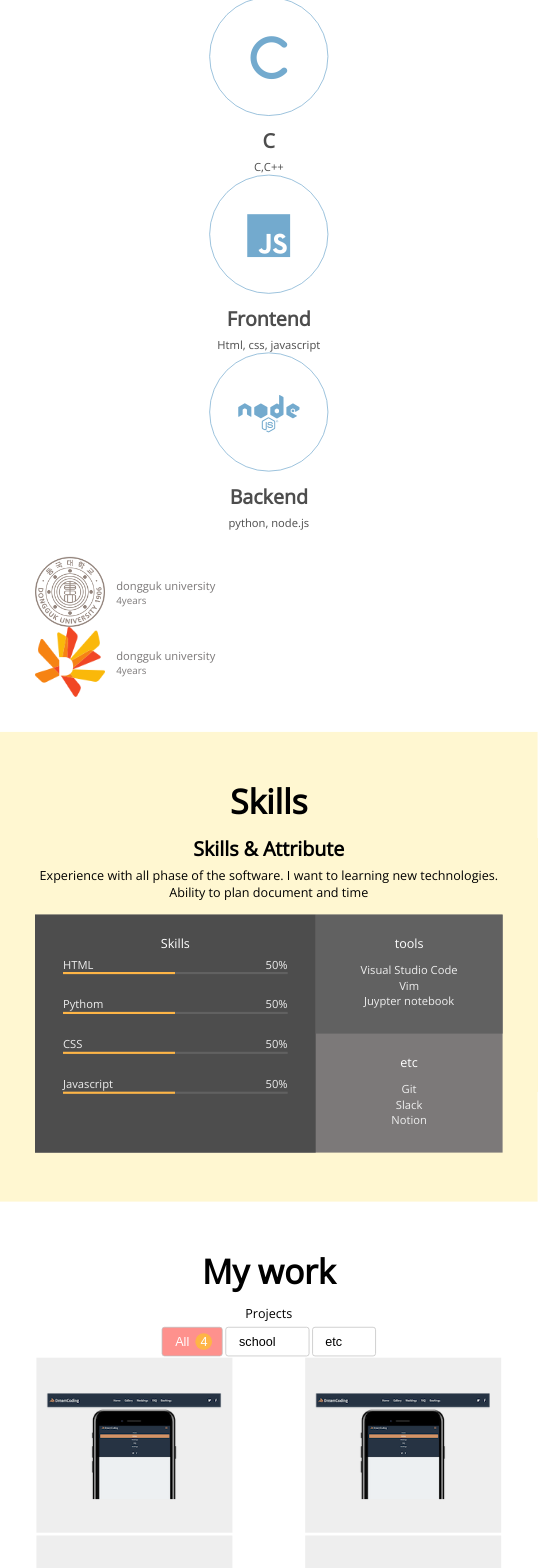
Repository: DongjaJ/portfolio
Page: index.html
These files come from the project's save history. The page is drawn as it stood at one moment and after the next save; the edit follows.
The browser window is 768 px wide. The pictures show the part of the page from y = 981 to 3221 px (the page is 4618 px tall before and 4774 px after), at 70% of full size.
Some web libraries are served in a nearby version.

Above is the page before, as saved 2022-06-15 22:00:02.

After the next save:
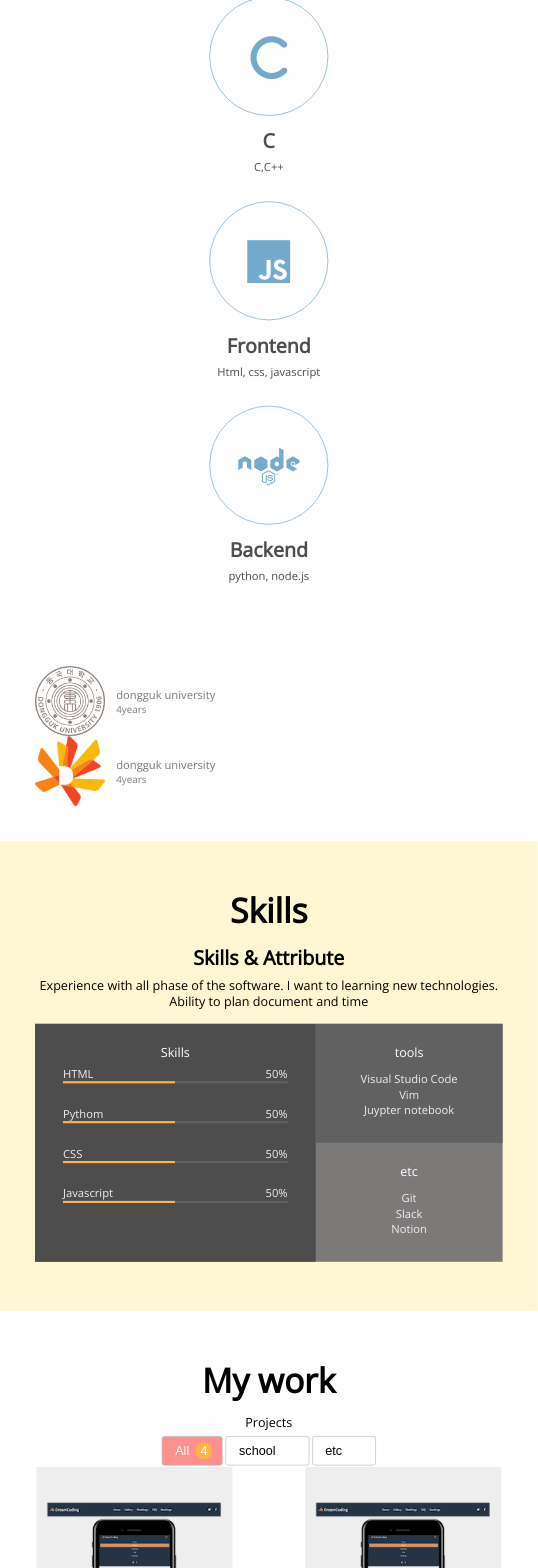
Saved 39 s later.
--- a/style.css
+++ b/style.css
@@ -465,6 +465,8 @@
 	}
 	.about__major{
 		flex-direction: column;
+	}
+	.major{
 		margin-bottom: 38px;
 	}
 }
